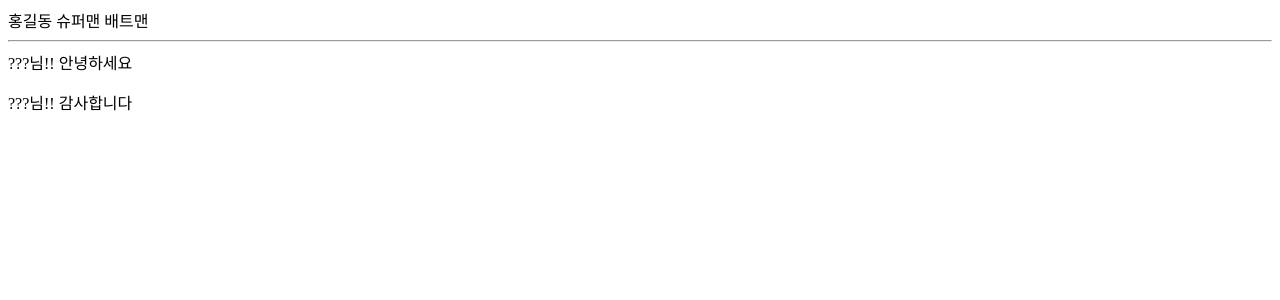
Repository: shbaksa/study
Page: http://localhost/mw_0615/java_script/form_ex6.jsp
An editor plug-in stored every save of this project. The page is shown before and after the next save, followed by the edit.
The browser window is 1280 px wide. The pictures show the whole page.
After loading, the first visible `span` was clicked once.
The page is served by Tomcat 9.

Above is the page before, as saved 2022-06-15 07:13:24.
Console error: SyntaxError: Unexpected token '{'

After the next save:
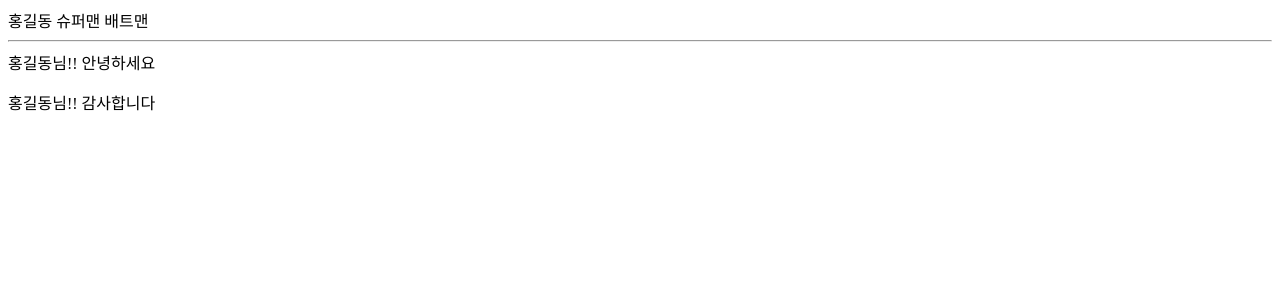
The error is gone.
Saved 2 min 30 s later.
--- a/mw_0615/src/main/webapp/java_script/form_ex6.jsp
+++ b/mw_0615/src/main/webapp/java_script/form_ex6.jsp
@@ -9,15 +9,15 @@
 
 	function chg(n) {
 
-		if(n==0){
+		if(n==0) {
 			document.getElementById("aa").innerText="홍길동";
 			document.getElementById("bb").innerText="홍길동";
 		}
-		else(n==1){
+		else if(n==1) {
 			document.getElementById("aa").innerText="슈퍼맨";
 			document.getElementById("bb").innerText="슈퍼맨";
 		}
-		else{
+		else {
 			document.getElementById("aa").innerText="배트맨";
 			document.getElementById("bb").innerText="배트맨";
 		}
